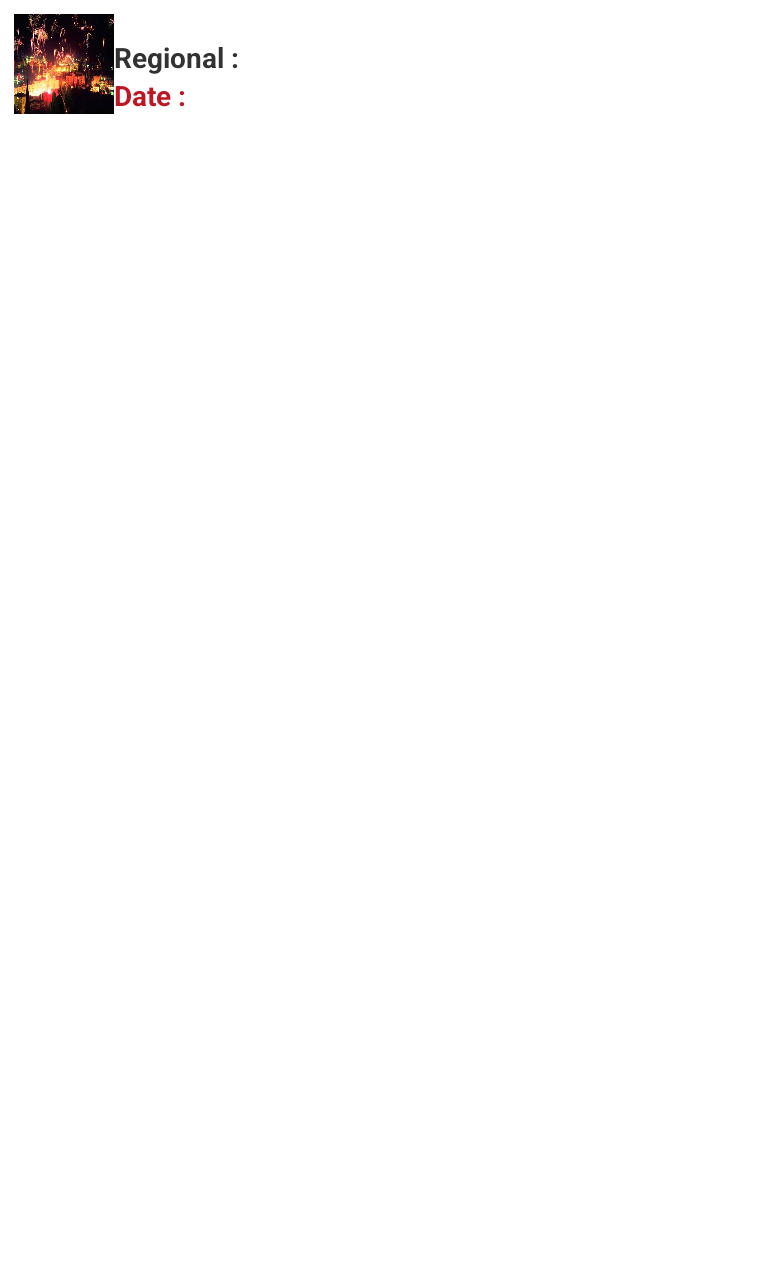
Repository: galihandy/chessboard
Layout: ArsenalIndonesia/res/layout/list_feature_item.xml
An editor plug-in stored every save of this project. The layout is shown before and after the next save, followed by the edit.
It is drawn on a 768 x 1280 px phone screen (xhdpi) without system bars, with theme android:Theme.Light.NoTitleBar; the app's code is not run.

Above is the layout before, as saved 2013-02-16 06:33:34.

After the next save:
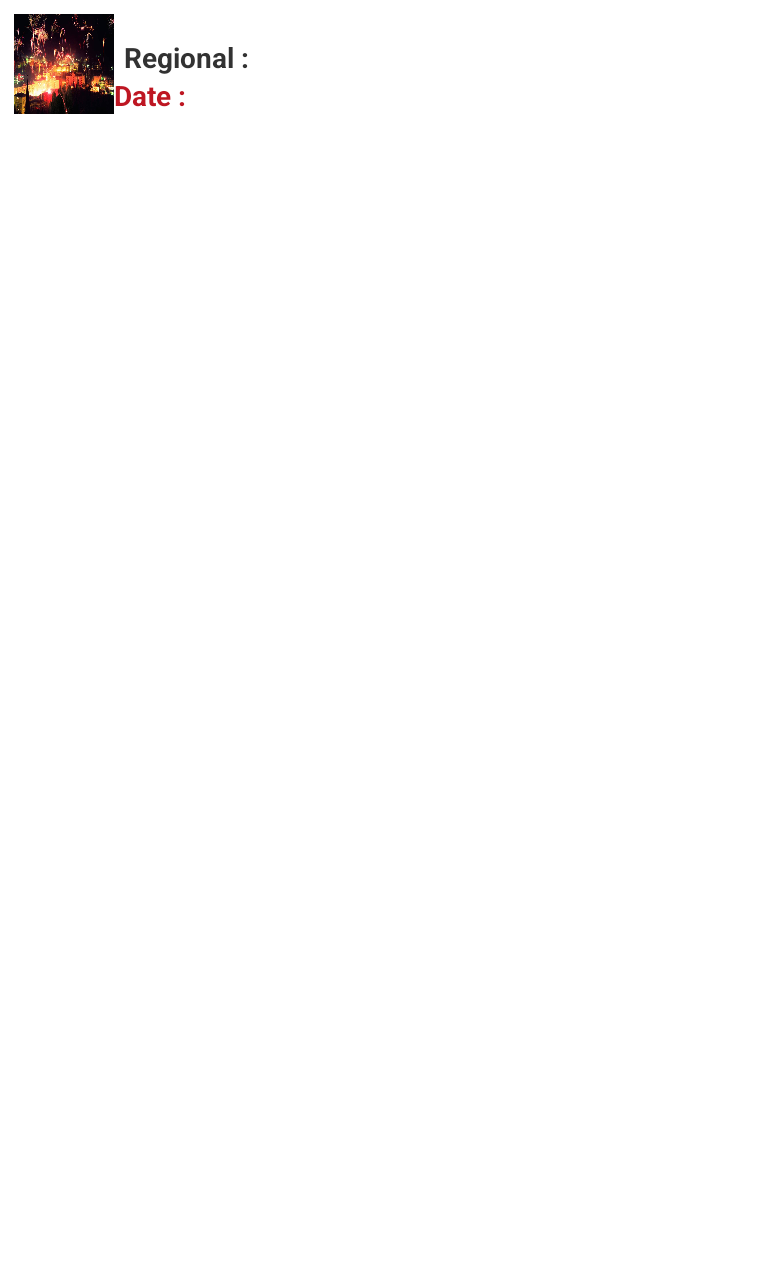
Saved 41 s later.
--- a/ArsenalIndonesia/res/layout/list_feature_item.xml
+++ b/ArsenalIndonesia/res/layout/list_feature_item.xml
@@ -37,6 +37,7 @@
         android:layout_height="wrap_content"
         android:layout_above="@id/event_date_label"
         android:layout_toRightOf="@id/event_image"
+        android:layout_marginLeft="5dip"
         android:text="@string/regional_lbl"
         android:textStyle="bold" />
 
